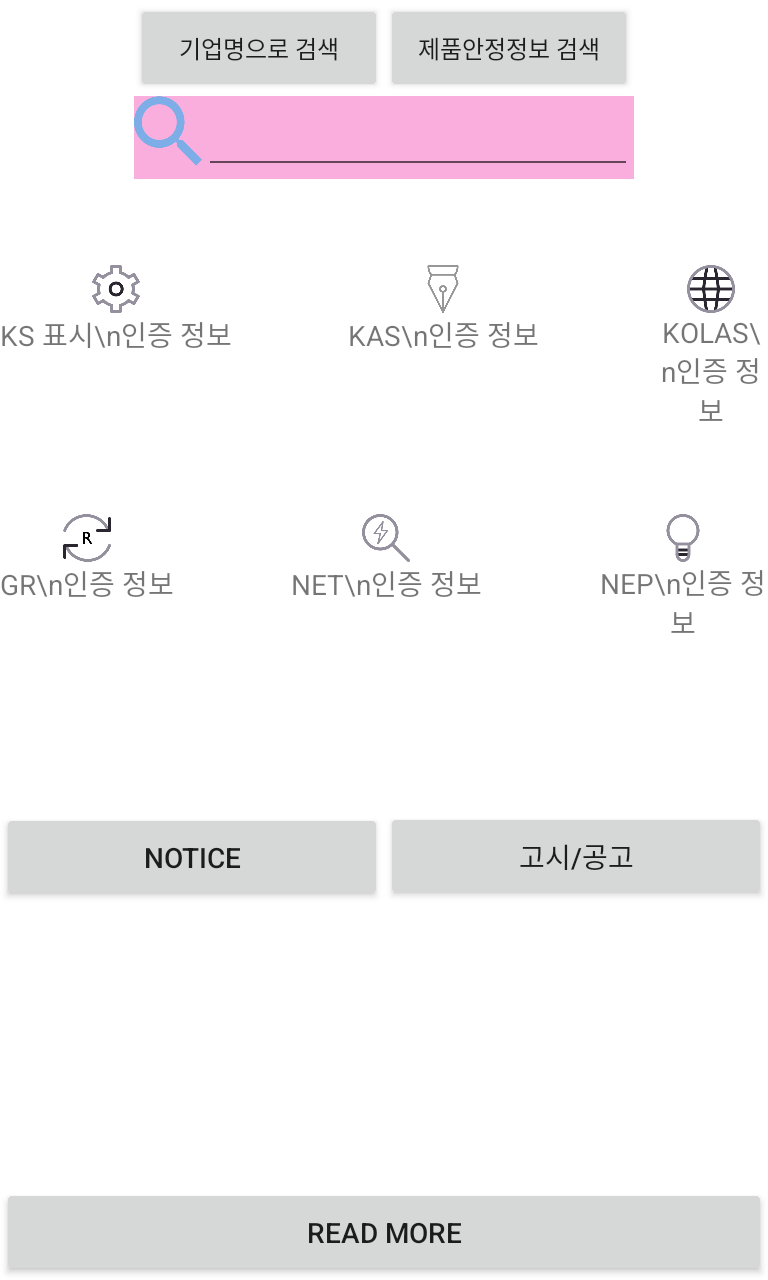
Repository: team-peony/ccfinder
Layout: android/CertifiedCompanyFinder/res/layout/fragment_main.xml
An editor plug-in stored every save of this project. The layout is shown before and after the next save, followed by the edit.
It is drawn on a 768 x 1280 px phone screen (xhdpi) without system bars, with theme AppTheme; the app's code is not run. Lists and similar views that code fills are empty.

Above is the layout before, as saved 2015-02-18 17:17:17.

### android/CertifiedCompanyFinder/res/layout/fragment_main.xml
<RelativeLayout xmlns:android="http://schemas.android.com/apk/res/android"
    xmlns:tools="http://schemas.android.com/tools"
    android:layout_width="match_parent"
    android:layout_height="match_parent"
    android:background="#FFFFFF"
    tools:context="com.peony.ccfinder.MainActivity$PlaceholderFragment" >

    <!-- 검색어 입력창 부분 -->
    <LinearLayout
        android:id="@+id/main_llSearch"
        android:layout_centerHorizontal="true"
        android:layout_width="250dp"
        android:layout_height="wrap_content"
        android:orientation="vertical">

        <LinearLayout
            android:layout_width="match_parent"
            android:layout_height="wrap_content"
            android:orientation="horizontal">
            <Button
                android:id="@+id/main_btnCompany"
                android:layout_width="0dp"
                android:layout_height="wrap_content"
                android:layout_weight="1"
                android:padding="0dp"
                android:textSize="12sp"
                android:text="기업명으로 검색"/>

            <Button
                android:id="@+id/main_btnSafety"
                android:layout_width="0dp"
                android:layout_height="wrap_content"
                android:layout_weight="1"
                android:padding="0dp"
                android:textSize="12sp"
                android:text="제품안정정보 검색"/>

        </LinearLayout>

        <LinearLayout
            android:layout_width="match_parent"
            android:layout_height="wrap_content"
            android:orientation="horizontal"
            android:background="@color/cc_color_bage">

            <ImageView
                android:layout_width="34dp"
                android:layout_height="35dp"
                android:src="@drawable/search_icon" />

            <EditText
                android:id="@+id/main_etKeyword"
                android:layout_width="match_parent"
                android:layout_height="wrap_content"/>

        </LinearLayout>
    </LinearLayout>


    <!-- 카테고리 부분 -->
    <LinearLayout
        android:id="@+id/main_llCategories"
        android:layout_width="wrap_content"
        android:layout_height="wrap_content"
        android:layout_marginTop="43dp"
        android:orientation="vertical"
        android:layout_centerHorizontal="true"
        android:layout_below="@id/main_llSearch">
        <!-- 카테고리 상단 -->
        <LinearLayout
            android:layout_width="wrap_content"
            android:layout_height="wrap_content"
            android:orientation="horizontal">

            <!-- KS -->
            <LinearLayout
                android:id="@+id/main_llCategoryKs"
                android:layout_width="wrap_content"
                android:layout_height="wrap_content"
                android:orientation="vertical"
                android:gravity="center">
	            <ImageView
	                android:layout_width="@dimen/category_icon_size"
	                android:layout_height="@dimen/category_icon_size"
	                android:src="@drawable/ks_icon" />

	            <TextView
	                android:layout_width="wrap_content"
	                android:layout_height="wrap_content"
	                android:text="KS 표시\n인증 정보"
	                android:gravity="center"/>
	        </LinearLayout>

            <!-- KAS -->
            <LinearLayout
                android:id="@+id/main_llCategoryKas"
                android:layout_width="wrap_content"
                android:layout_height="wrap_content"
                android:layout_marginLeft="@dimen/category_padding"
                android:layout_marginRight="@dimen/category_padding"
                android:orientation="vertical"
                android:gravity="center">
	            <ImageView
	                android:layout_width="@dimen/category_icon_size"
	                android:layout_height="@dimen/category_icon_size"
	                android:src="@drawable/kas_icon" />

	            <TextView
	                android:layout_width="wrap_content"
	                android:layout_height="wrap_content"
	                android:text="KAS\n인증 정보"
	                android:gravity="center"/>
	        </LinearLayout>

            <!-- KOLAS -->
            <LinearLayout
                android:id="@+id/main_llCategoryKolas"
                android:layout_width="wrap_content"
                android:layout_height="wrap_content"
                android:orientation="vertical"
                android:gravity="center">
	            <ImageView
	                android:layout_width="@dimen/category_icon_size"
	                android:layout_height="@dimen/category_icon_size"
	                android:src="@drawable/kolas_icon" />

	            <TextView
	                android:layout_width="wrap_content"
	                android:layout_height="wrap_content"
	                android:text="KOLAS\n인증 정보"
	                android:gravity="center"/>
	        </LinearLayout>

        </LinearLayout>


        <!-- 카테고리 하단 -->
        <LinearLayout
            android:layout_marginTop="42dp"
            android:layout_width="wrap_content"
            android:layout_height="wrap_content"
            android:orientation="horizontal">
            <!-- GR -->
            <LinearLayout
                android:id="@+id/main_llCategoryGr"
                android:layout_width="wrap_content"
                android:layout_height="wrap_content"
                android:orientation="vertical"
                android:gravity="center">
	            <ImageView
	                android:layout_width="@dimen/category_icon_size"
	                android:layout_height="@dimen/category_icon_size"
	                android:src="@drawable/gr_icon" />

	            <TextView
	                android:layout_width="wrap_content"
	                android:layout_height="wrap_content"
	                android:text="GR\n인증 정보"
	                android:gravity="center"/>
	        </LinearLayout>

            <!-- NET -->
            <LinearLayout
                android:id="@+id/main_llCategoryNet"
                android:layout_width="wrap_content"
                android:layout_height="wrap_content"
                android:layout_marginLeft="@dimen/category_padding"
                android:layout_marginRight="@dimen/category_padding"
                android:orientation="vertical"
                android:gravity="center">
	            <ImageView
	                android:layout_width="@dimen/category_icon_size"
	                android:layout_height="@dimen/category_icon_size"
	                android:src="@drawable/net_icon" />

	            <TextView
	                android:layout_width="wrap_content"
	                android:layout_height="wrap_content"
	                android:text="NET\n인증 정보"
	                android:gravity="center"/>
	        </LinearLayout>

            <!-- NEP -->
            <LinearLayout
                android:id="@+id/main_llCategoryNep"
                android:layout_width="wrap_content"
                android:layout_height="wrap_content"
                android:orientation="vertical"
                android:gravity="center">
	            <ImageView
	                android:layout_width="@dimen/category_icon_size"
	                android:layout_height="@dimen/category_icon_size"
	                android:src="@drawable/nep_icon" />

	            <TextView
	                android:layout_width="wrap_content"
	                android:layout_height="wrap_content"
	                android:text="NEP\n인증 정보"
	                android:gravity="center"/>
	        </LinearLayout>

        </LinearLayout>

    </LinearLayout>

    <!-- 공지 사항 -->
    <LinearLayout
        android:id="@+id/main_llNoticeArea"
        android:layout_width="match_parent"
        android:layout_height="wrap_content"
        android:orientation="vertical"
        android:layout_alignParentBottom="true">

        <!-- 공지 탭 -->
        <LinearLayout
            android:layout_width="match_parent"
            android:layout_height="wrap_content"
            android:orientation="horizontal">
            <Button
	            android:id="@+id/main_btnTabNotice"
	            android:layout_width="0dp"
	            android:layout_height="wrap_content"
	            android:layout_weight="1"
	            android:text="NOTICE"/>

	        <Button
	            android:id="@+id/main_btnTabGosi"
	            android:layout_width="0dp"
	            android:layout_height="wrap_content"
	            android:layout_weight="1"
	            android:text="고시/공고"/>
        </LinearLayout>

        <ListView
            android:id="@+id/main_lvNotices"
            android:layout_width="match_parent"
            android:layout_height="140dp"/>

        <Button
	            android:id="@+id/main_btnReadMore"
	            android:layout_width="match_parent"
	            android:layout_height="wrap_content"
	            android:text="Read more"/>
    </LinearLayout>

</RelativeLayout>

### android/CertifiedCompanyFinder/res/values/styles.xml
<resources>

    <!--
        Base application theme, dependent on API level. This theme is replaced
        by AppBaseTheme from res/values-vXX/styles.xml on newer devices.
    -->
    <style name="AppBaseTheme" parent="Theme.AppCompat.Light">
        <!--
            Theme customizations available in newer API levels can go in
            res/values-vXX/styles.xml, while customizations related to
            backward-compatibility can go here.
        -->
    </style>

    <!-- Application theme. -->
    <style name="AppTheme" parent="AppBaseTheme">
        <!-- All customizations that are NOT specific to a particular API-level can go here. -->
    </style>

</resources>

### android/CertifiedCompanyFinder/res/values/colors.xml
<?xml version="1.0" encoding="utf-8"?>
<resources>
    <color name="cc_color_bage">#faaede</color>

</resources>

### android/CertifiedCompanyFinder/res/values/dimens.xml
<resources>

    <!-- Default screen margins, per the Android Design guidelines. -->
    <dimen name="activity_horizontal_margin">16dp</dimen>
    <dimen name="activity_vertical_margin">16dp</dimen>
	<dimen name="category_icon_size">24dp</dimen>
	<dimen name="category_padding">58dp</dimen>
</resources>

Loaded but not shown: android/CertifiedCompanyFinder/res/values-v11/styles.xml (common file); android/CertifiedCompanyFinder/res/values-v14/styles.xml (common file)

After the next save:
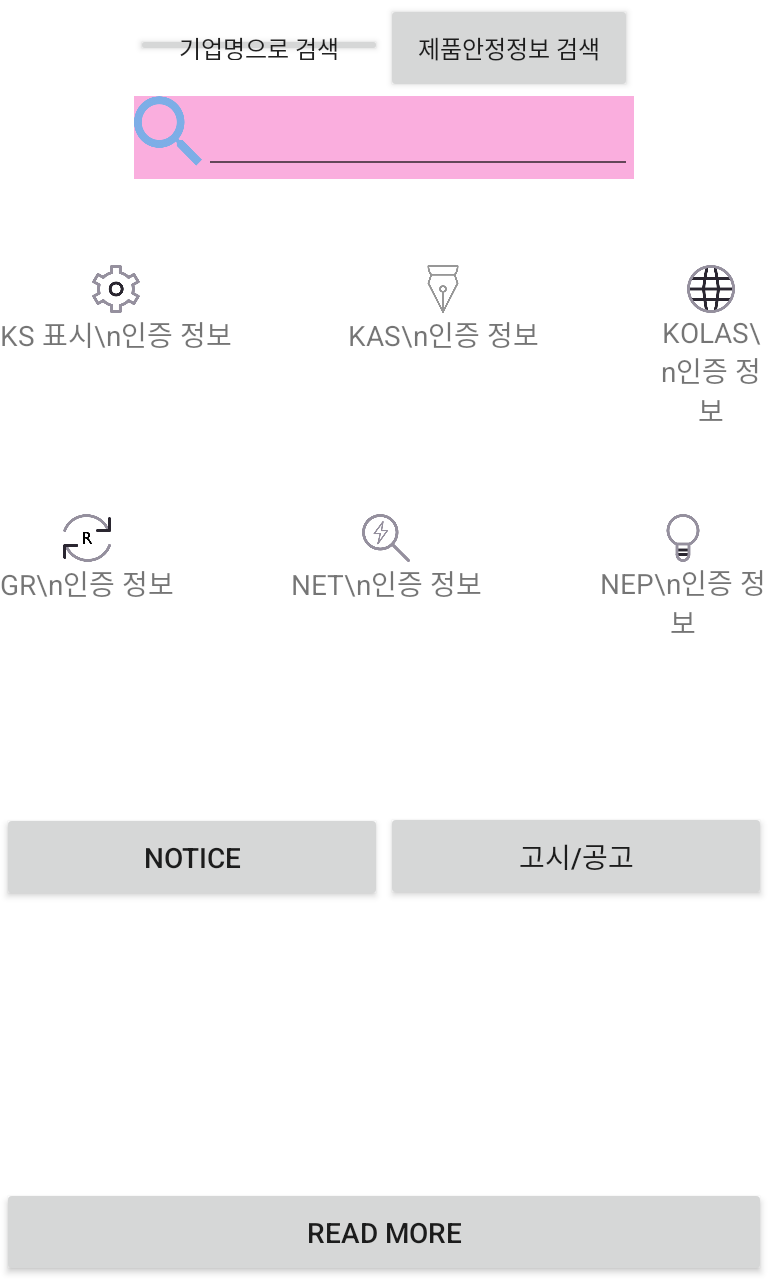
Saved 11 s later.
--- a/android/CertifiedCompanyFinder/res/layout/fragment_main.xml
+++ b/android/CertifiedCompanyFinder/res/layout/fragment_main.xml
@@ -20,7 +20,7 @@
             <Button
                 android:id="@+id/main_btnCompany"
                 android:layout_width="0dp"
-                android:layout_height="wrap_content"
+                android:layout_height="15dp"
                 android:layout_weight="1"
                 android:padding="0dp"
                 android:textSize="12sp"
